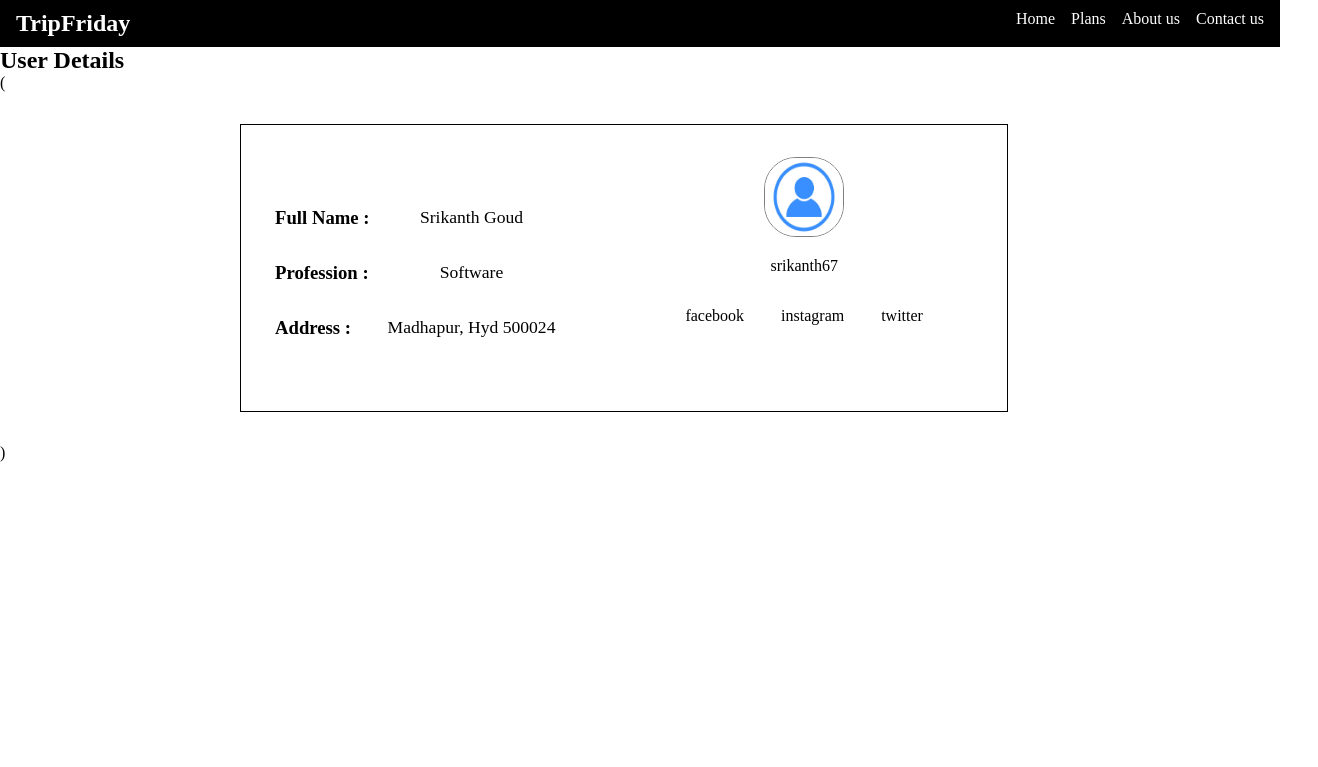
Repository: suraj-yadav7/userprofile
Page: /
The author's editor kept a copy of each file at every save. The page is drawn from the files as they stood at one save, then again after the next save.
The browser window is 1280 px wide. The page is 1280 px wide, then 1318 px, so the pictures cover 1318 px, including what lies to the right of the window. The pictures show the whole page.
The page's requests for data from a server got no answer. The project was rebuilt for these pictures with package versions that can differ from the ones it lists, and the page was loaded fresh each time. No one was signed in, and anything a server would have sent is missing. Also part of the build but not shown: src/components/UserDetails.jsx.

Above is the page before, as saved 2023-05-04 14:42:13.

After the next save:
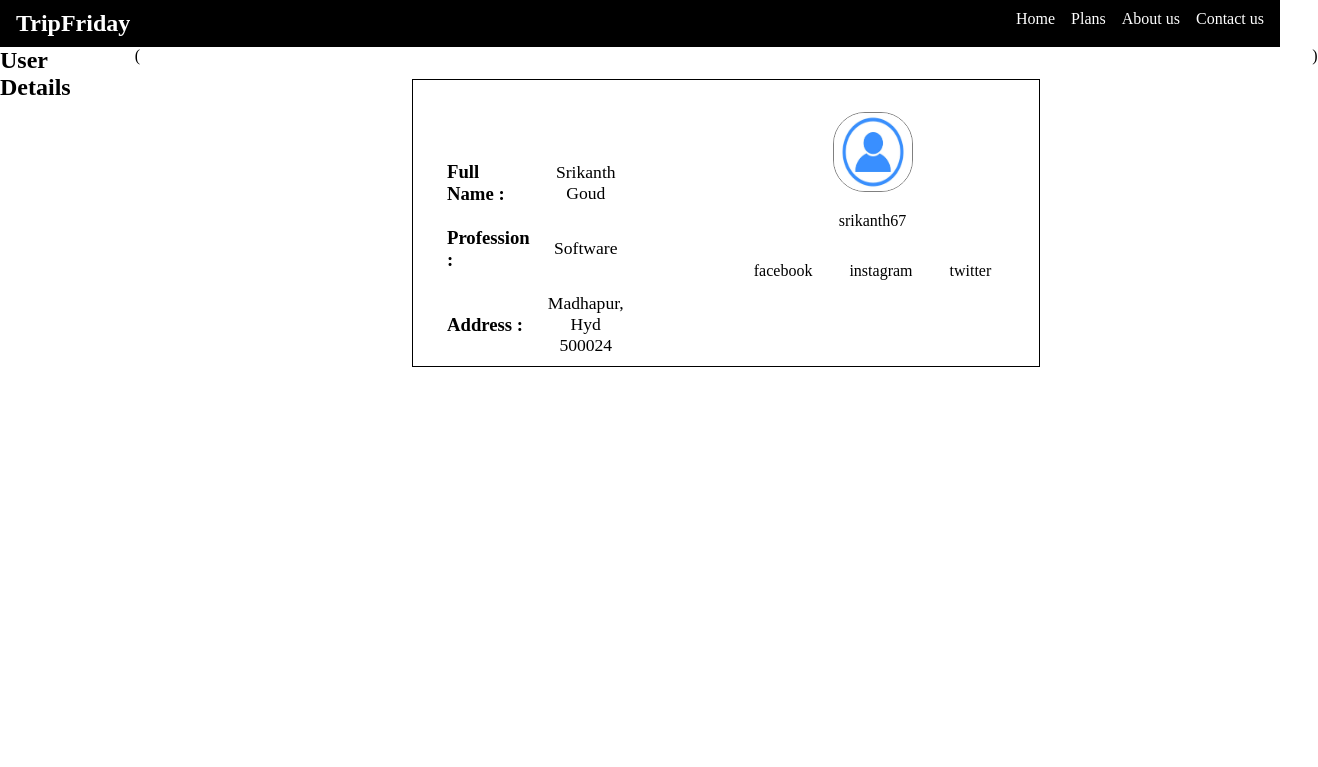
Saved 48 s later.
--- a/src/assests/userProfile.scss
+++ b/src/assests/userProfile.scss
@@ -1,6 +1,8 @@
 @import "./color.scss";
 
 .userprofile{
+    display: flex;
+    gap: 2rem;
     height: 100vh;
 }
 .userList{
